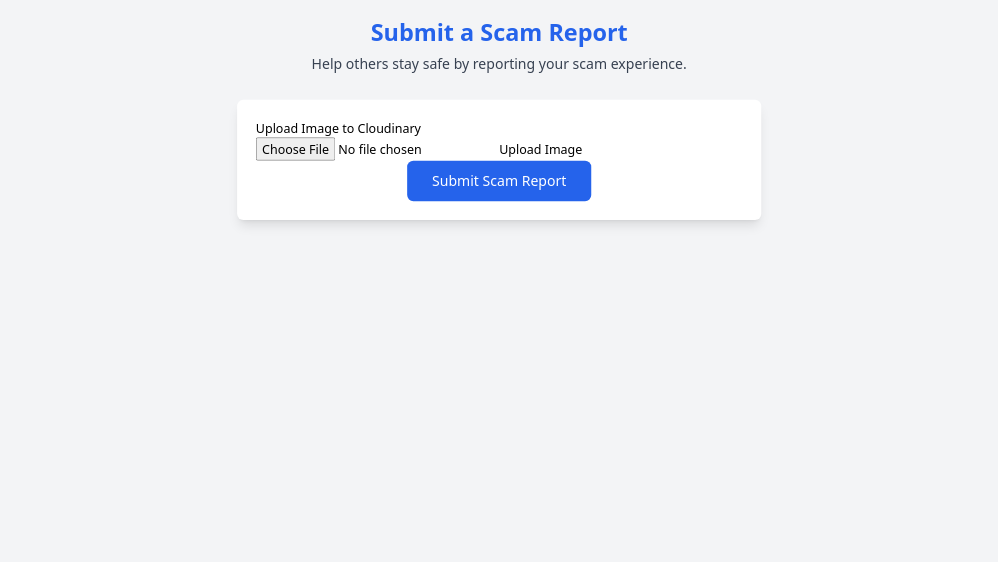
Repository: dev-athar/protarok
Page: /submit-scam
These files come from the project's save history. The page is drawn as it stood at one moment and after the next save; the edit follows.
The browser window is 1280 px wide. The pictures show the whole page, at 78% of full size.
The project was rebuilt for these pictures with package versions that can differ from the ones it lists, and the page was loaded fresh each time. Also part of the build but not shown: vite.config.ts, src/pages/HomePage.tsx, src/pages/SearchResultsPage.tsx.

Above is the page before, as saved 2024-12-31 18:05:16.

After the next save:
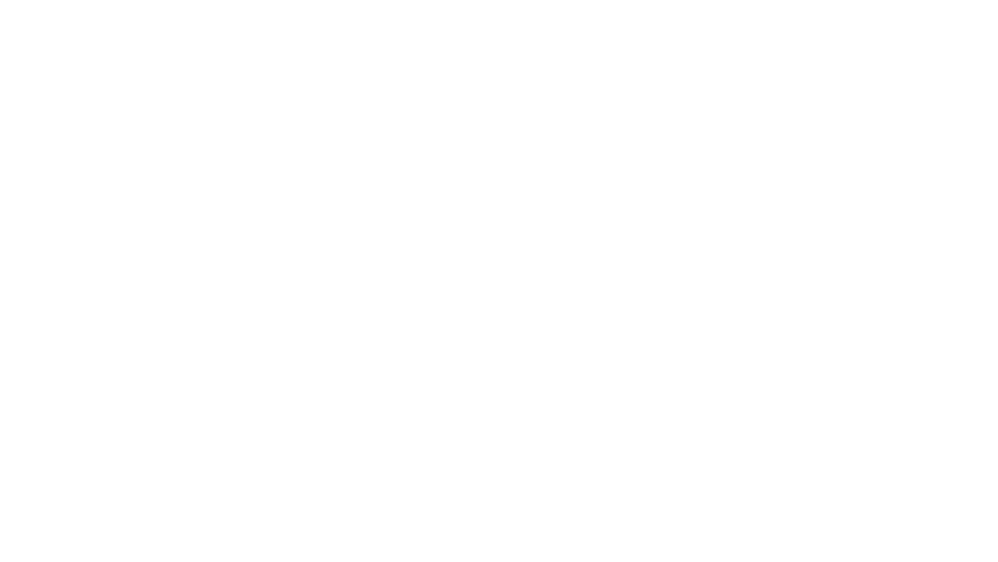
Console error: ReferenceError: ImageUploader is not defined
Saved 63 s later.
--- a/src/pages/SubmitScamPage.tsx
+++ b/src/pages/SubmitScamPage.tsx
@@ -1,7 +1,6 @@
 import { useState } from "react";
 import { supabase } from "../supabase"; // Ensure you have a supabase.js file exporting the initialized client
 import CloudinaryUploadWidget from "./ImageUploader";
-import ImageUploader from "./ImageUploader";
 
 const SubmitScamPage = () => {
   const [formData, setFormData] = useState({
@@ -212,8 +211,9 @@
         )}
 
         <form onSubmit={handleSubmit}>
+          <ImageUploader />
           {/* Scam Profile Name */}
-          {/* <div className="mb-4">
+          <div className="mb-4">
             <label
               htmlFor="scamProfileName"
               className="block text-lg font-semibold text-gray-800"
@@ -230,10 +230,10 @@
               placeholder="Enter profile or business name"
               required
             />
-          </div> */}
+          </div>
 
           {/* Platform Used */}
-          {/* <div className="mb-4">
+          <div className="mb-4">
             <label
               htmlFor="platform"
               className="block text-lg font-semibold text-gray-800"
@@ -254,10 +254,10 @@
               <option value="Phone">Phone</option>
               <option value="Other">Other</option>
             </select>
-          </div> */}
+          </div>
 
           {/* Scammer’s Bank Details */}
-          {/* <div className="mb-4">
+          <div className="mb-4">
             <label
               htmlFor="bankDetails"
               className="block text-lg font-semibold text-gray-800"
@@ -274,10 +274,10 @@
               placeholder="e.g., bKash/Nagad account or bank details"
               required
             />
-          </div> */}
+          </div>
 
           {/* Payment Platform */}
-          {/* <div className="mb-4">
+          <div className="mb-4">
             <label
               htmlFor="paymentPlatform"
               className="block text-lg font-semibold text-gray-800"
@@ -293,10 +293,10 @@
               className="w-full p-3 border border-gray-300 rounded-lg shadow-sm focus:outline-none focus:ring-2 focus:ring-blue-500"
               placeholder="e.g., bKash, Nagad, etc."
             />
-          </div> */}
+          </div>
 
           {/* Date and Time of Scam */}
-          {/* <div className="mb-4">
+          <div className="mb-4">
             <label
               htmlFor="dateOfScam"
               className="block text-lg font-semibold text-gray-800"
@@ -312,10 +312,10 @@
               className="w-full p-3 border border-gray-300 rounded-lg shadow-sm focus:outline-none focus:ring-2 focus:ring-blue-500"
               required
             />
-          </div> */}
+          </div>
 
           {/* Description */}
-          {/* <div className="mb-4">
+          <div className="mb-4">
             <label
               htmlFor="description"
               className="block text-lg font-semibold text-gray-800"
@@ -332,10 +332,10 @@
               placeholder="Describe the scam in detail"
               required
             ></textarea>
-          </div> */}
+          </div>
 
           {/* Supporting Evidence */}
-          {/* <div
+          <div
             className="mb-4 border-dashed border-2 border-gray-300 p-4 rounded-lg"
             onDrop={(e) => handleDrop(e, "proof")}
             onDragOver={handleDragOver}
@@ -372,10 +372,10 @@
                 </li>
               ))}
             </ul>
-          </div> */}
+          </div>
 
           {/* Additional Evidence */}
-          {/* <div
+          <div
             className="mb-4 border-dashed border-2 border-gray-300 p-4 rounded-lg"
             onDrop={(e) => handleDrop(e, "additionalEvidence")}
             onDragOver={handleDragOver}
@@ -414,10 +414,10 @@
                 </li>
               ))}
             </ul>
-          </div>  */}
+          </div>
 
           {/* Victim Contact Info */}
-          {/* <div className="mb-4">
+          <div className="mb-4">
             <label
               htmlFor="victimContactInfo"
               className="block text-lg font-semibold text-gray-800"
@@ -433,10 +433,10 @@
               className="w-full p-3 border border-gray-300 rounded-lg shadow-sm focus:outline-none focus:ring-2 focus:ring-blue-500"
               placeholder="Email or phone (optional)"
             />
-          </div> */}
+          </div>
 
           {/* Scammer Profile URL */}
-          {/* <div className="mb-4">
+          <div className="mb-4">
             <label
               htmlFor="scamProfileUrl"
               className="block text-lg font-semibold text-gray-800"
@@ -452,10 +452,10 @@
               className="w-full p-3 border border-gray-300 rounded-lg shadow-sm focus:outline-none focus:ring-2 focus:ring-blue-500"
               placeholder="Enter scammer's profile URL (Optional)"
             />
-          </div> */}
+          </div>
 
           {/* Report Status */}
-          {/* <div className="mb-4">
+          <div className="mb-4">
             <label
               htmlFor="reportStatus"
               className="block text-lg font-semibold text-gray-800"
@@ -471,9 +471,7 @@
               className="w-full p-3 border border-gray-300 rounded-lg shadow-sm focus:outline-none focus:ring-2 focus:ring-blue-500"
               placeholder="Status of report, like Information about complaints made to authorities"
             />
-          </div> */}
-
-          <ImageUploader />
+          </div>
 
           <div className="text-center">
             <button

After the 2 saves that followed:
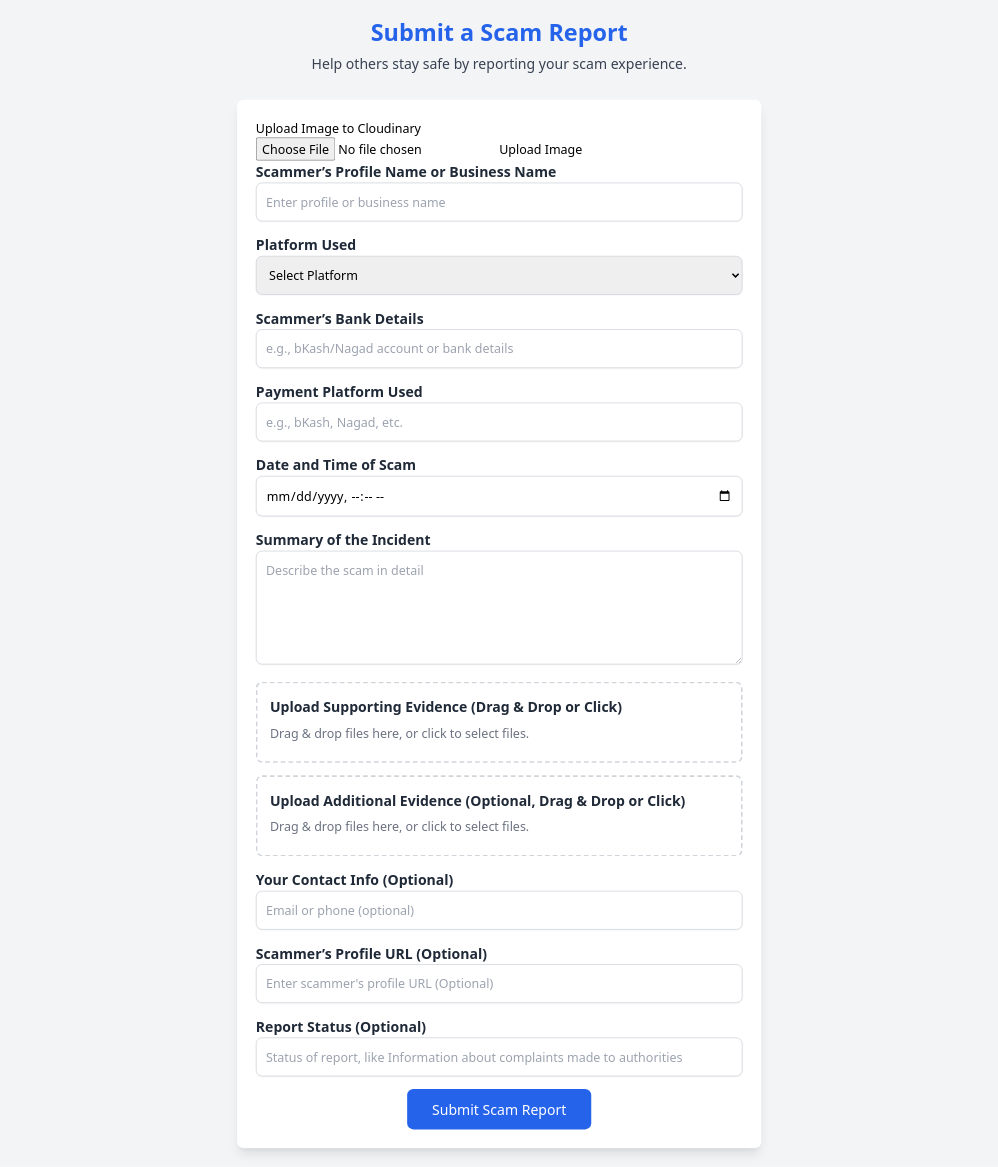
The error is gone.
The 2 saves are shown as one change because 1 left the picture as it was.
The last was saved 37 s later.
--- a/src/pages/SubmitScamPage.tsx
+++ b/src/pages/SubmitScamPage.tsx
@@ -1,6 +1,7 @@
 import { useState } from "react";
 import { supabase } from "../supabase"; // Ensure you have a supabase.js file exporting the initialized client
 import CloudinaryUploadWidget from "./ImageUploader";
+import ImageUploader from "./ImageUploader";
 
 const SubmitScamPage = () => {
   const [formData, setFormData] = useState({
